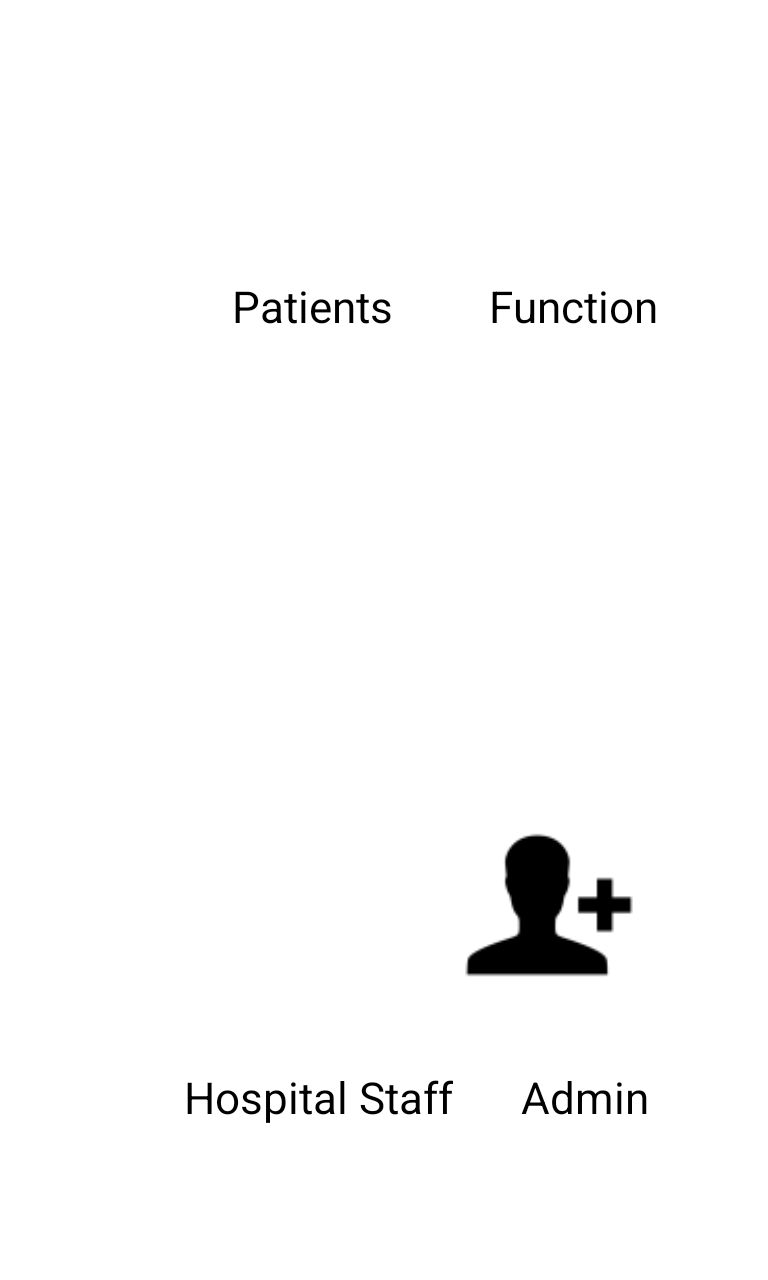
Repository: erwasambo/greendevelopment
Layout: GreenDevelopment/NASCuisine/res/layout/dashboard.xml
The author's editor kept a copy of each file at every save. The layout is drawn from the files as they stood at one save, then again after the next save.
It is drawn on a 768 x 1280 px phone screen (xhdpi) without system bars, with theme AppTheme; the app's code is not run.

Above is the layout before, as saved 2013-12-03 03:05:11.

### GreenDevelopment/NASCuisine/res/layout/dashboard.xml
<?xml version="1.0" encoding="utf-8"?>
<RelativeLayout xmlns:android="http://schemas.android.com/apk/res/android"
    android:layout_width="match_parent"
    android:layout_height="match_parent" >

    <TextView
        android:id="@+id/textView3"
        android:layout_width="wrap_content"
        android:layout_height="wrap_content"
        android:layout_alignBaseline="@+id/textView2"
        android:layout_alignBottom="@+id/textView2"
        android:layout_alignParentRight="true"
        android:layout_marginRight="55dp"
        android:text="@string/func"
        android:textAppearance="?android:attr/textAppearanceLarge" />

    <TextView
        android:id="@+id/TextView01"
        android:layout_width="wrap_content"
        android:layout_height="wrap_content"
        android:layout_alignParentBottom="true"
        android:layout_marginBottom="77dp"
        android:layout_marginRight="18dp"
        android:layout_toLeftOf="@+id/textView3"
        android:text="@string/hospstaff"
        android:textAppearance="?android:attr/textAppearanceLarge" />

    <TextView
        android:id="@+id/textView2"
        android:layout_width="wrap_content"
        android:layout_height="wrap_content"
        android:layout_alignLeft="@+id/TextView01"
        android:layout_alignParentTop="true"
        android:layout_marginLeft="24dp"
        android:layout_marginTop="138dp"
        android:text="@string/patients"
        android:textAppearance="?android:attr/textAppearanceLarge" />

    <TextView
        android:id="@+id/TextView02"
        android:layout_width="wrap_content"
        android:layout_height="wrap_content"
        android:layout_alignBaseline="@+id/TextView01"
        android:layout_alignBottom="@+id/TextView01"
        android:layout_alignLeft="@+id/textView3"
        android:layout_marginLeft="16dp"
        android:text="@string/admin"
        android:textAppearance="?android:attr/textAppearanceLarge" />

    <ImageView
        android:id="@+id/imageView1"
        android:layout_width="100dp"
        android:layout_height="100dp"
        android:layout_above="@+id/TextView02"
        android:layout_alignRight="@+id/TextView02"
        android:layout_marginBottom="31dp"
        android:src="@drawable/admin" />

</RelativeLayout>

### GreenDevelopment/NASCuisine/res/values/strings.xml
<?xml version="1.0" encoding="utf-8"?>
<resources>

    <string name="app_name">NAS Cuisine</string>
     <string name="app_namelogin">NAS Cuisine - Log in</string>




    <string name="action_settings">Settings</string>
    <string name="activity_scrollview">ScrollView</string>
    <string name="activity_listview">ListView</string>
    <string name="activity_gridview">GridView</string>
    <string name="activity_webview">WebView</string>
    <string name="activity_fragment_tabs">Fragments + Tabs</string>
    <string name="activity_fragment_tabs_vp">Fragments + Tabs + ViewPager</string>
    <string name="pref_title_stick_container">Stick layer to</string>
    <string name="pref_title_show_shadow">Show shadow</string>
    <string name="pref_title_show_offset">Closed offset</string>
    <string name="open_button_container">Open</string>
    <string name="close_button_container">Close</string>
	<string name="title_activity_main">PayPal Access</string>
    <string name="title_activity_login">Login</string>
    <string name="btn_login">Login with PayPal</string>
    <string name="progress_loading_title">Loading&#8320;</string>
    <string name="progress_loading_msg">Login is possible in a few seconds</string>
    <string name="toast_login_ok">Logged in</string>
    <string name="toast_login_failed">Login failed</string>
    <string name="login_description">This enables the user to use his PayPal credentials to login. Thus he doesn\'t have to create yet another account and remember yet another password.</string>
	<string name="login_oauth">OAuth 2.0</string>
	<string name="login_openid">OpenID</string>

    <string name="swipe_label">Swipe!</string>
    <string name="swipe_left_label">Swipe left!</string>
    <string name="swipe_right_label">Swipe right!</string>
    <string name="swipe_up_label">Swipe up!</string>
    <string name="swipe_down_label">Swipe down!</string>

    <string name="label_right">Right</string>
    <string name="label_left">Left</string>
    <string name="label_middle">Middle</string>
    <string name="label_top">Top</string>
    <string name="label_bottom">Bottom</string>

    <string name="not_applicable">n/a</string>

    <string-array name="pref_list_titles">
        <item>@string/label_right</item>
        <item>@string/label_middle</item>
        <item>@string/label_left</item>
        <item>@string/label_top</item>
        <item>@string/label_bottom</item>
    </string-array>
    <string-array name="pref_list_values">
        <item>right</item>
        <item>middle</item>
        <item>left</item>
        <item>top</item>
        <item>bottom</item>
    </string-array>

    <string name="pref_go">Go!</string>

    <string name="no_media_warning">Storage Media not present</string>
    <string name="no_media_hint">Sharing the storage media with a PC can make it inaccessible</string>
    <string name="open_failed">Unable to open document</string>
    <string name="cancel">Cancel</string>
    <string name="search_backwards">Search backwards</string>
    <string name="search_forwards">Search forwards</string>
    <string name="search_document">Search document</string>
    <string name="picker_title">NAS Cuisine</string>
    <string name="outline_title">Table of Contents</string>
    <string name="enter_password">Enter Password</string>
    <string name="text_not_found">Text not found</string>
    <string name="searching_">Searching...</string>
    <string name="link_control">Link highlighting and enabling</string>
    <string name="no_further_occurences_found">No further occurences found</string>
    <string name="gen_pdf">Generate pdf</string>
    <string name="view_pdf">View pdf</string>
    <string name="title_activity_main">MainActivity</string>
    <string name="progress_title">Generateing pdf...</string>

    <string name="taliiafrica">Julisha</string>
	<string name="main">Julisha</string>
	<string name="weather">Check Weather</string>
	<string name="rescue">Emergency Rescue</string>
	<string name="exit">Exit</string>
	<string name="srtsail">Begin Sailing</string>
	<string name="stpsail">End Sailing</string>
	<string name="chkmap">Check Map</string>
	<string name="sets">Settings</string>
	<string name="vsltype">Vessel Type:</string>
	<string name="vid">Vessel Id:</string>
	<string name="vslname">Vessel Name:</string>
	<string name="wtrbody">Water Body:</string>
	<string name="desc">General Description:</string>
	<string name="sv">Save</string>
	<string name="lgout">Logout</string>
	<string name="sail">Sailing</string>
	<string name="myacc">My Account</string>
	<string name="date">Date:</string>
	<string name="time">Time:</string>
	<string name="initloc">Initial Location:</string>
	<string name="Destination">Destination:</string>
	<string name="onboard">Number Onboard:</string>
	<string name="act">Activity:</string>
	<string name="bgnSail">Begin Sailing</string>
	<string name="currLoc">Current Location:</string>
	<string name="endsail">End Sailing</string>
	<string name="prevloc">Previous Location</string>
	<string name="desc2">Image2</string>
	<string name="login">Login</string>
	<string name="email">Email:</string>
	<string name="password">Password:</string>
	<string name="newtojulisharegister">New to Julisha? Register here</string>
	<string name="registeracc">Register New Account</string>
	<string name="fullname">Full Name</string>
	<string name="logout">Logout</string>
	<string name="briefdesc">Brief Description:</string>
	<string name="safe">Safe</string>
	<string name="minor">Minor Problem</string>
	<string name="danger">Danger</string>
	<string name="xtremedanger">Extreme Danger</string>
	<string name="signup">Sign up</string>
	<string name="donthaveacc">Don\'t have an account yet? </string>
	<string name="forgotpwd">Forgot Password</string>
	<string name="firstname">First Name</string>
	<string name="othernames">Other Names</string>
	<string name="staffno">Staff Number</string>
	<string name="cnfpassword">Confirm Password</string>
	<string name="iagree">I agree to</string>
	<string name="termsofuse">terms ofuse</string>
	<string name="perosnstoserve">Please select persons to serve</string>
	<string name="patients">Patients</string>
	<string name="func">Function</string>
	<string name="hospstaff">Hospital Staff</string>
	<string name="admin">Admin</string>




</resources>

Loaded but not shown: GreenDevelopment/NASCuisine/res/values/styles.xml (common file); GreenDevelopment/NASCuisine/res/values-v11/styles.xml (common file); GreenDevelopment/NASCuisine/res/values-v14/styles.xml (common file)

After the next save:
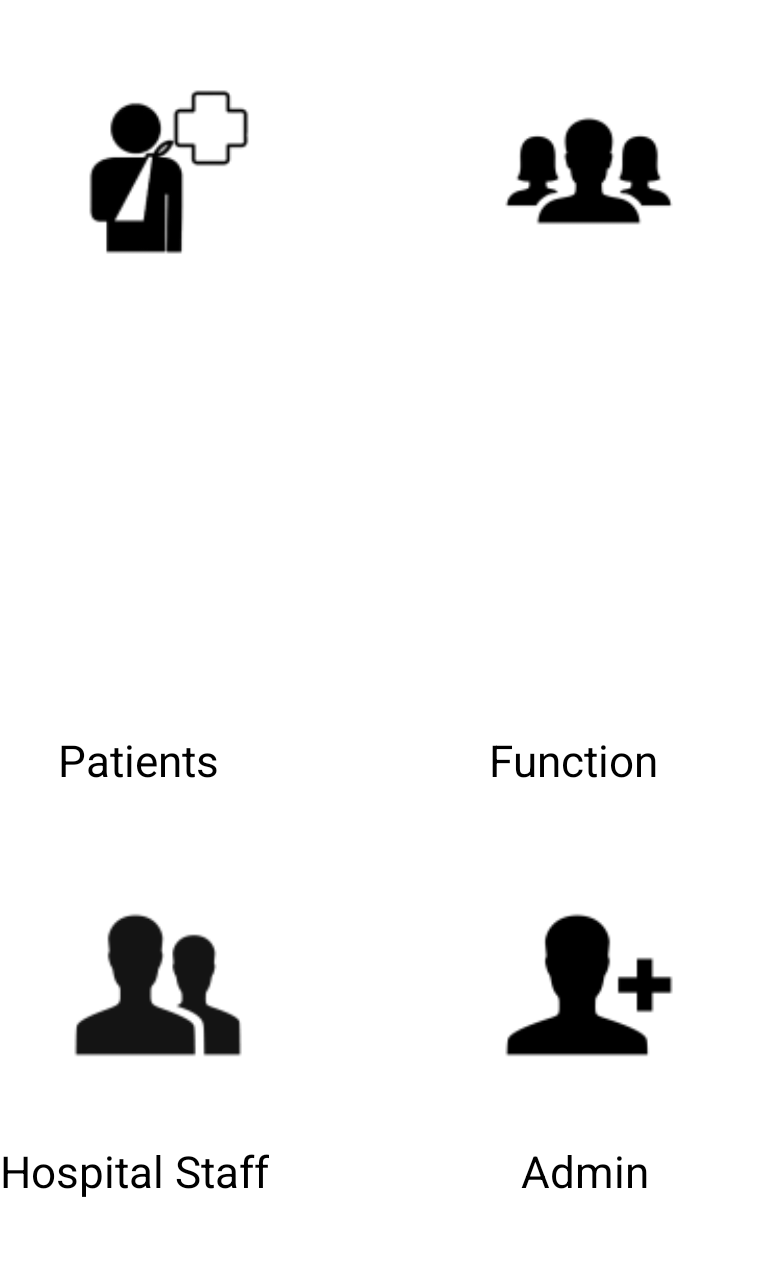
Saved 19 s later.
--- a/GreenDevelopment/NASCuisine/res/layout/dashboard.xml
+++ b/GreenDevelopment/NASCuisine/res/layout/dashboard.xml
@@ -15,28 +15,6 @@
         android:textAppearance="?android:attr/textAppearanceLarge" />
 
     <TextView
-        android:id="@+id/TextView01"
-        android:layout_width="wrap_content"
-        android:layout_height="wrap_content"
-        android:layout_alignParentBottom="true"
-        android:layout_marginBottom="77dp"
-        android:layout_marginRight="18dp"
-        android:layout_toLeftOf="@+id/textView3"
-        android:text="@string/hospstaff"
-        android:textAppearance="?android:attr/textAppearanceLarge" />
-
-    <TextView
-        android:id="@+id/textView2"
-        android:layout_width="wrap_content"
-        android:layout_height="wrap_content"
-        android:layout_alignLeft="@+id/TextView01"
-        android:layout_alignParentTop="true"
-        android:layout_marginLeft="24dp"
-        android:layout_marginTop="138dp"
-        android:text="@string/patients"
-        android:textAppearance="?android:attr/textAppearanceLarge" />
-
-    <TextView
         android:id="@+id/TextView02"
         android:layout_width="wrap_content"
         android:layout_height="wrap_content"
@@ -48,12 +26,58 @@
         android:textAppearance="?android:attr/textAppearanceLarge" />
 
     <ImageView
-        android:id="@+id/imageView1"
+        android:id="@+id/imgadmin"
         android:layout_width="100dp"
         android:layout_height="100dp"
         android:layout_above="@+id/TextView02"
-        android:layout_alignRight="@+id/TextView02"
-        android:layout_marginBottom="31dp"
+        android:layout_alignLeft="@+id/textView3"
+        android:layout_marginBottom="28dp"
         android:src="@drawable/admin" />
 
+    <ImageView
+        android:id="@+id/imgstaff"
+        android:layout_width="100dp"
+        android:layout_height="100dp"
+        android:layout_alignLeft="@+id/textView2"
+        android:layout_alignTop="@+id/imgadmin"
+        android:src="@drawable/staff" />
+
+    <TextView
+        android:id="@+id/TextView01"
+        android:layout_width="wrap_content"
+        android:layout_height="wrap_content"
+        android:layout_alignParentBottom="true"
+        android:layout_alignParentLeft="true"
+        android:layout_marginBottom="40dp"
+        android:text="@string/hospstaff"
+        android:textAppearance="?android:attr/textAppearanceLarge" />
+
+    <TextView
+        android:id="@+id/textView2"
+        android:layout_width="wrap_content"
+        android:layout_height="wrap_content"
+        android:layout_above="@+id/imgstaff"
+        android:layout_alignRight="@+id/TextView01"
+        android:layout_marginBottom="48dp"
+        android:layout_marginRight="25dp"
+        android:text="@string/patients"
+        android:textAppearance="?android:attr/textAppearanceLarge" />
+
+    <ImageView
+        android:id="@+id/imgpatients"
+        android:layout_width="100dp"
+        android:layout_height="100dp"
+        android:layout_alignParentTop="true"
+        android:layout_alignRight="@+id/TextView01"
+        android:layout_marginTop="36dp"
+        android:src="@drawable/patientimg" />
+
+    <ImageView
+        android:id="@+id/imgfunction"
+        android:layout_width="100dp"
+        android:layout_height="100dp"
+        android:layout_alignLeft="@+id/textView3"
+        android:layout_alignTop="@+id/imgpatients"
+        android:src="@drawable/function" />
+
 </RelativeLayout>
